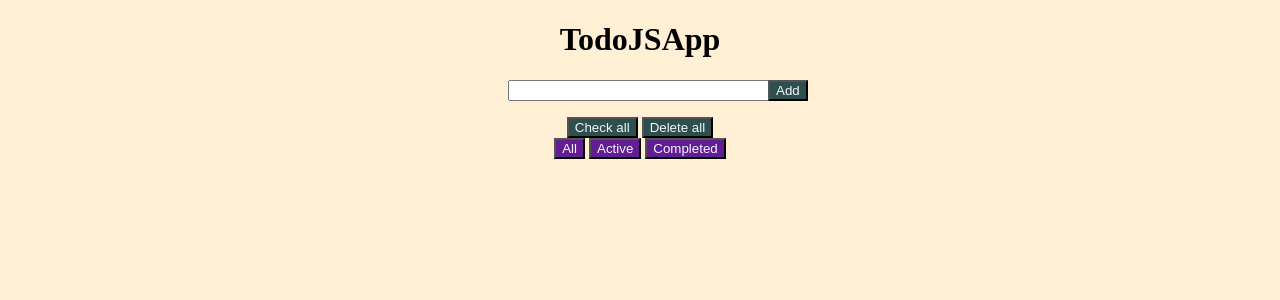
Repository: Follle/Todo
Page: index.html
An editor plug-in stored every save of this project. The page is shown before and after the next save, followed by the edit.
The browser window is 1280 px wide. The pictures show the whole page.

Above is the page before, as saved 2024-03-26 17:39:45.

After the next save:
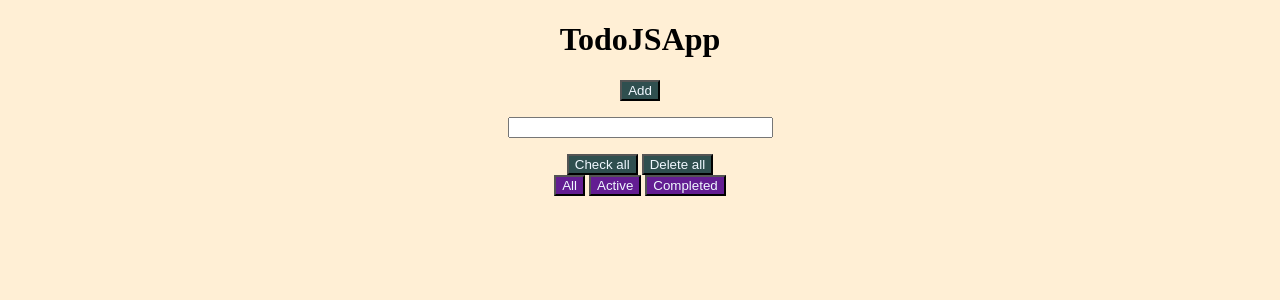
Saved 3 min 33 s later.
--- a/index.html
+++ b/index.html
@@ -15,7 +15,7 @@
  </head>
  <body>
     <h1>TodoJSApp</h1>
-    <p style="position: fixed; top:64px; left:60% "><button style = "background:#2F4F4F; color:aliceblue" class="add-btn">Add</button>
+    <p style="top:64px; left:60% "><button style = "background:#2F4F4F; color:aliceblue" class="add-btn">Add</button>
     <p style=" top:1"><input size="30" class="i-1"></p>
     <div class="tasks-list"></div>
     <button style = "background:#2F4F4F; color:aliceblue" class="i-2">Check all</button>
